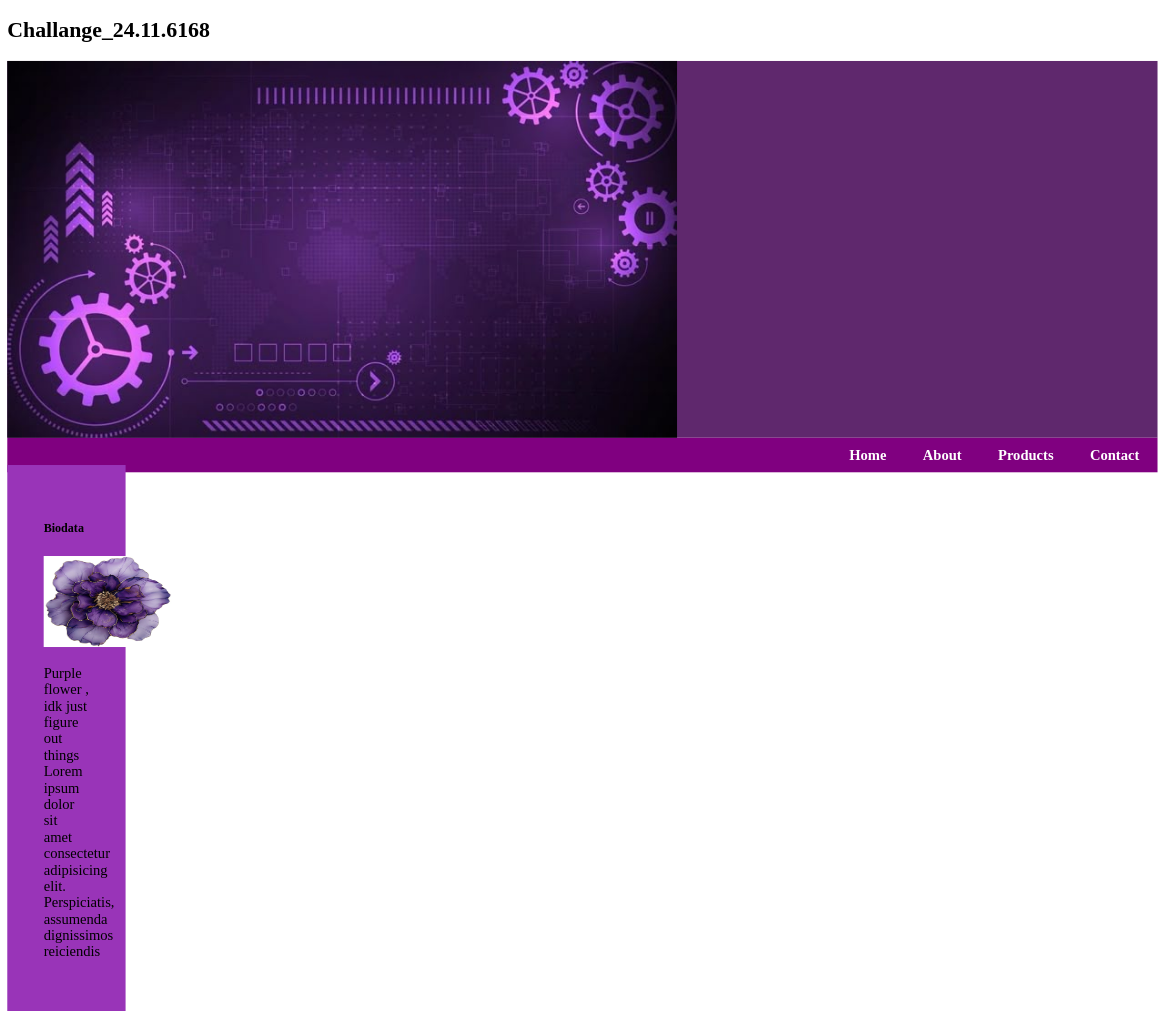
Repository: Ms-Ulfiyahrustam/p5_pemogramanweb
Page: index.html
These files come from the project's save history. The page is drawn as it stood at one moment and after the next save; the edit follows.
The browser window is 1280 px wide. The pictures show the whole page, at 91% of full size.

Above is the page before, as saved 2026-04-27 09:39:06.

### index.html
<!DOCTYPE html>
<html lang="en">
<head>
    <meta charset="UTF-8">
    <meta name="viewport" content="width=device-width, initial-scale=1.0">
    <link rel="stylesheet" href="style.css">
    <title>Document</title>
</head>
<body class="">
    <h2>Challange_24.11.6168</h2>
    <div class="flex-container">
        <img src="download.jpg" alt="">
    </div>
    <div class="leftside">
        <h5>Biodata</h5>
        <img src="purple.jpg" alt="" width="140" height="100" >
        <p>Purple flower , idk just figure out things <br>
            Lorem ipsum dolor sit amet consectetur adipisicing elit. Perspiciatis, assumenda dignissimos reiciendis  <br>
        </p>
    </div>
    <div class="midplace">
<nav class="menu">
  <ul>
    <li><a href="#">Home</a></li>
    <li><a href="#">About</a></li>
    <li><a href="#">Products</a></li>
    <li><a href="#">Contact</a></li>
  </ul>
</nav>
        </div>
</body>
</html>

### style.css


.flex-container{
    display: flex;
    background-color: rgb(95, 40, 109);
    margin: auto;
}

.leftside{

    float:left;
    background-color: rgb(153, 52, 184);
    margin-top: 30px;
        width:50px;
    padding: 40px;

}

leftside img{
    justify-content: center;
}

.rightside{

}

.midplace{
    background-color: purple;
    color: azure;

}

.menu {
  background-color: purple;
  padding: 10px 0;
}

.menu ul {
  display: flex;
  justify-content: right;
  list-style: none;
  margin: 0;
  padding: 0;
}

.menu li {
  margin: 0 20px;
}

.menu a {
  text-decoration: none;
  color: white;
  font-weight: bold;
}

After the next save:
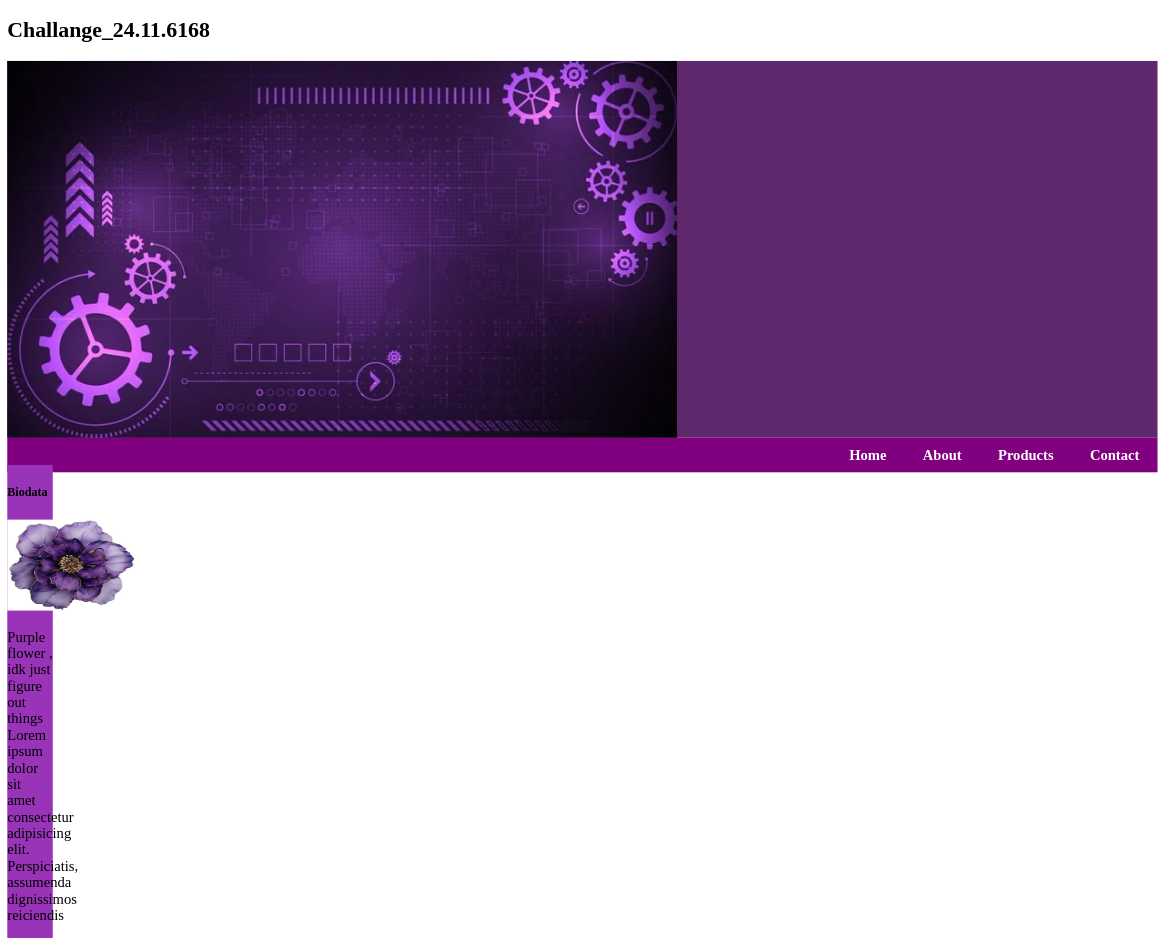
Saved 6 s later.
--- a/style.css
+++ b/style.css
@@ -12,7 +12,7 @@
     background-color: rgb(153, 52, 184);
     margin-top: 30px;
         width:50px;
-    padding: 40px;
+
 
 }
 
